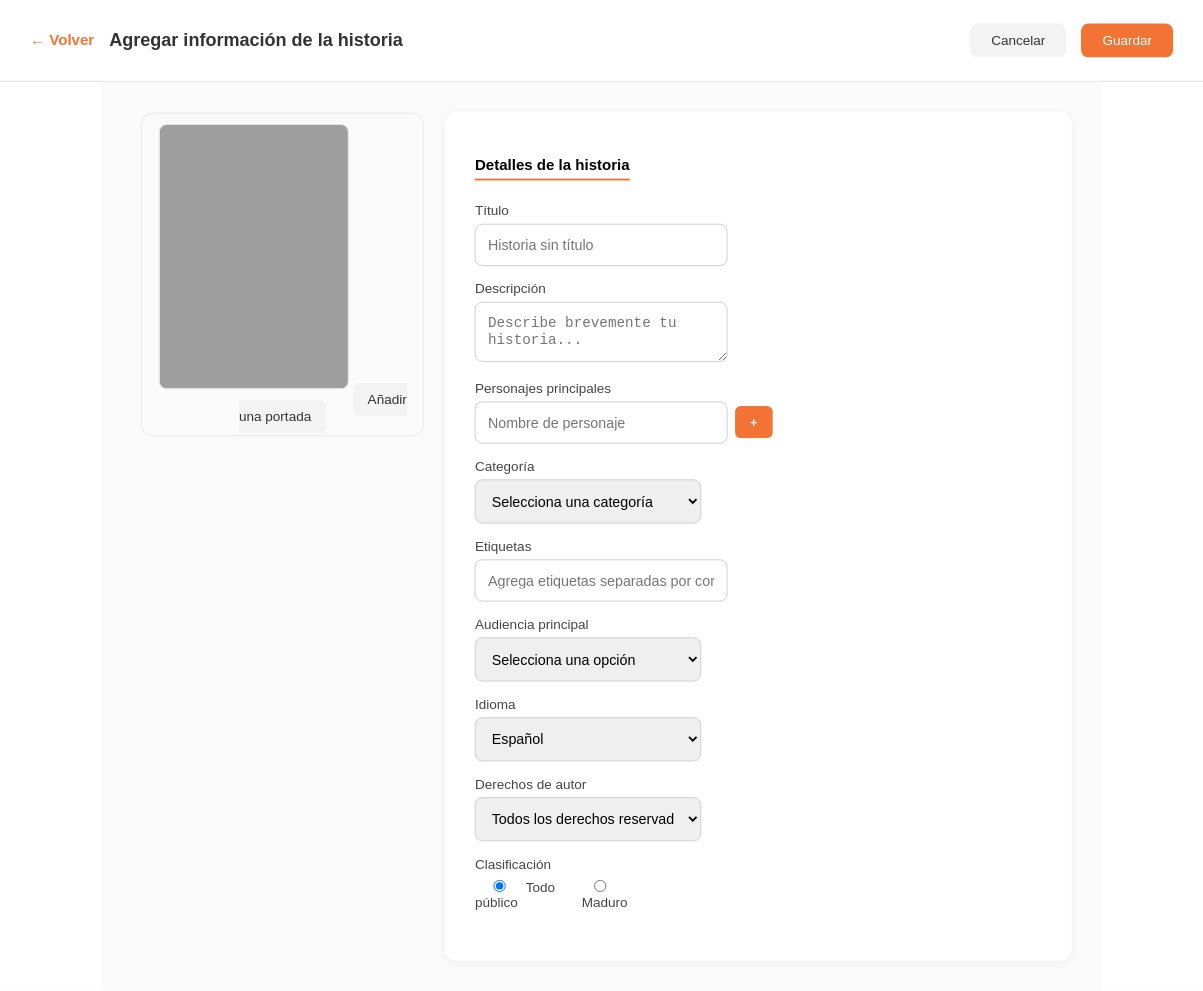
Repository: Mellowdarkl/willpig_studio
Page: .env/html_backup/indexCreti.html
The author's editor kept a copy of each file at every save. The page is drawn from the files as they stood at one save, then again after the next save.
The browser window is 1280 px wide. The pictures show the whole page, at 94% of full size.
Pictures or frames that could not be fetched are drawn as grey boxes.

Above is the page before, as saved 2025-11-11 12:20:33.

After the next save:
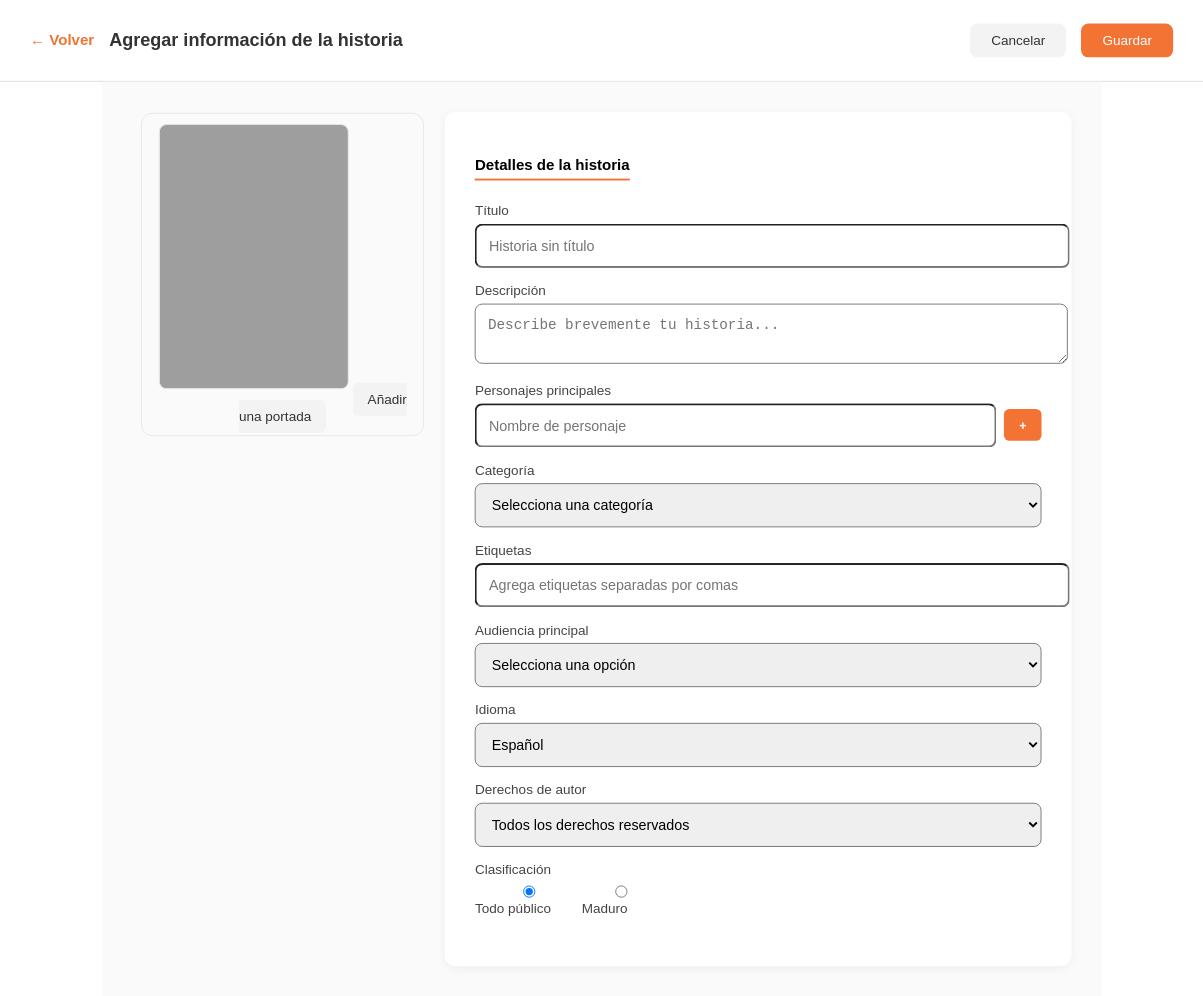
Saved 28 s later.
--- a/.env/html_backup/style1.2.css
+++ b/.env/html_backup/style1.2.css
@@ -1036,9 +1036,9 @@ social-btn google img {
 .form-group input,
 .form-group textarea,
 .form-group select {
-  width: 40%;
+  width: 100%;
   padding: 0.8rem;
-  border: 1px solid #ccc;
+  border: px solid #ccc;
   border-radius: 8px;
   font-size: 0.95rem;
   outline: none;
